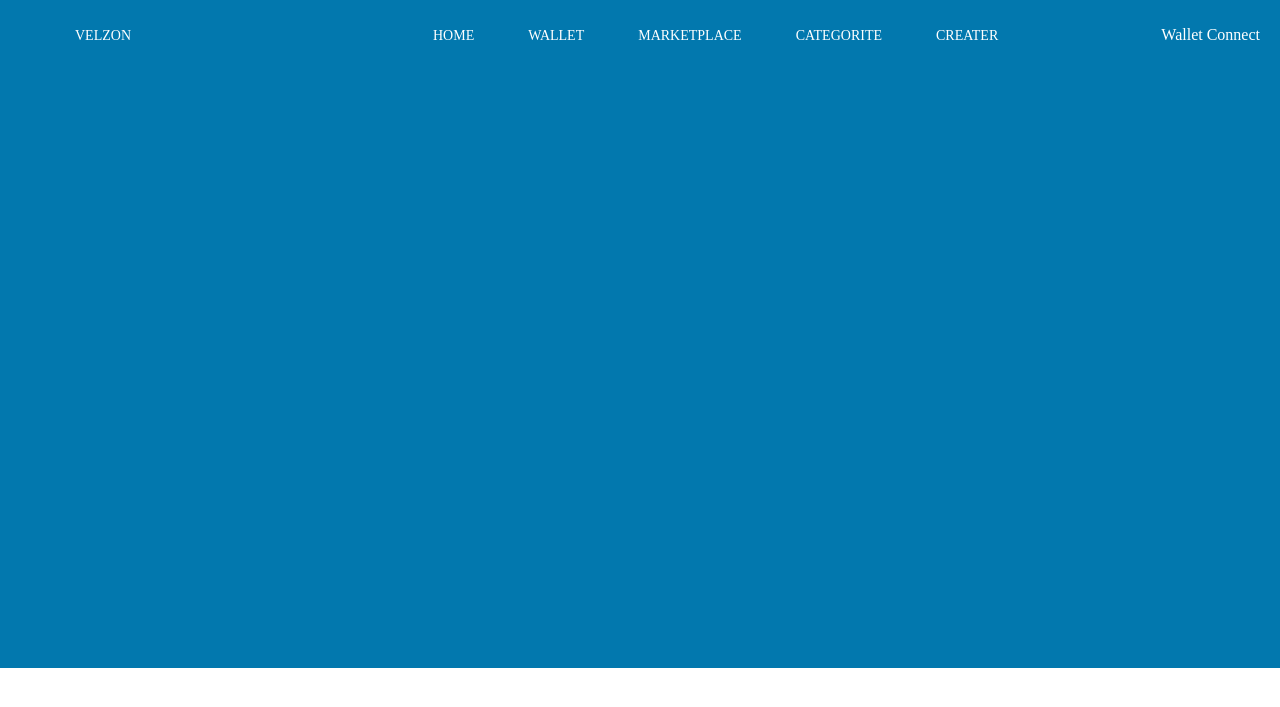
Repository: HuynhDuc23/Webvideodesgin
Page: index.html
The author's editor kept a copy of each file at every save. The page is drawn from the files as they stood at one save, then again after the next save.
The browser window is 1280 px wide. The pictures show the whole page.
The style sheet was rebuilt from its Sass, Less or Tailwind sources for each picture, by a compiler version that may differ from the author's.

Above is the page before, as saved 2023-04-25 11:25:27.

### index.html
<!DOCTYPE html>
<html lang="en">
<head>
    <meta charset="UTF-8">
    <meta http-equiv="X-UA-Compatible" content="IE=edge">
    <meta name="viewport" content="width=device-width, initial-scale=1.0">
    <link rel="stylesheet" href="https://cdnjs.cloudflare.com/ajax/libs/font-awesome/6.4.0/css/all.min.css" integrity="sha512-iecdLmaskl7CVkqkXNQ/ZH/XLlvWZOJyj7Yy7tcenmpD1ypASozpmT/E0iPtmFIB46ZmdtAc9eNBvH0H/ZpiBw==" crossorigin="anonymous" referrerpolicy="no-referrer" />
    <link rel="stylesheet" href="./reset.css">
    <link rel="stylesheet" href="style.css">
    <title>LoadingPage</title>
</head>
<body>
    <div class="loadingpage">
     <div class="loadingpage__heading">
        <div class="loadingpage__header">
            <div class="loadingpage__left"><h4 class="loadingpage__content">VELZON</h4></div>
            <div class="loaddingpage__right">
                <ul class="loadingpage__list">
                    <li class="loadingpage__items"><h5 class="loadingpage__padding">Home</h5></li>
                    <li class="loadingpage__items"><h5 class="loadingpage__padding">Wallet</h5></li>
                    <li class="loadingpage__items"><h5 class="loadingpage__padding">MarketPlace</h5></li>
                    <li class="loadingpage__items"><h5 class="loadingpage__padding">categorite</h5></li>
                    <li class="loadingpage__items"><h5 class="loadingpage__padding">Creater</h5></li>
                </ul>
            </div>
        </div>
     </div>
    </div>
</body>
</html>

### style.scss
html {
    box-sizing: border-box;
}
*{
    font-size: 16.5rem;
    font-family: 'Segoe UI', Tahoma, Geneva, Verdana, sans-serif;
}
.loadingpage {
    &__heading {
        width: 100%;
        height: 668px;
      //  background-color: #0278ae;
        background-color:rgb(2,120,174);
    }
    &__header {
        width: 100%;
        height: 70px;
        background-color: #0278ae;
        display: flex ;
        justify-content: flex-start;
        align-items: center;
        position: relative;
    }
    &__left {
        padding:  27px 75px;
        cursor: pointer;
    }
    &__content {
        color: white;
        font-weight: 500;
        font-size: 14px;
        line-height: 21px;
        text-transform: uppercase;
    }
    &__right {
        margin-left: 200px;
    }
    &__list {
        display: flex;
        align-items: center;
        padding-left: 200px;

        &:before {
            content: "Wallet Connect";
            padding: 20px ;
            top: 50%;
            right: 0;
            position: absolute;
            color: white;
            transform: translateY(-50%);
            background-color: rgb(2,120,174);
        }

    }
    &__items {
        padding: 27px;
        &:hover {
            color: #00bd9d;
            cursor: pointer;
        }
    }
    &__padding {
       color: white;
       font-weight: 500;
       font-size: 14px;
       line-height: 21px;
       text-transform: uppercase;
       &:hover {
        color: #00bd9d;
        cursor: pointer;
    }
    }

}

Loaded but not shown: reset.css (common file)

After the next save:
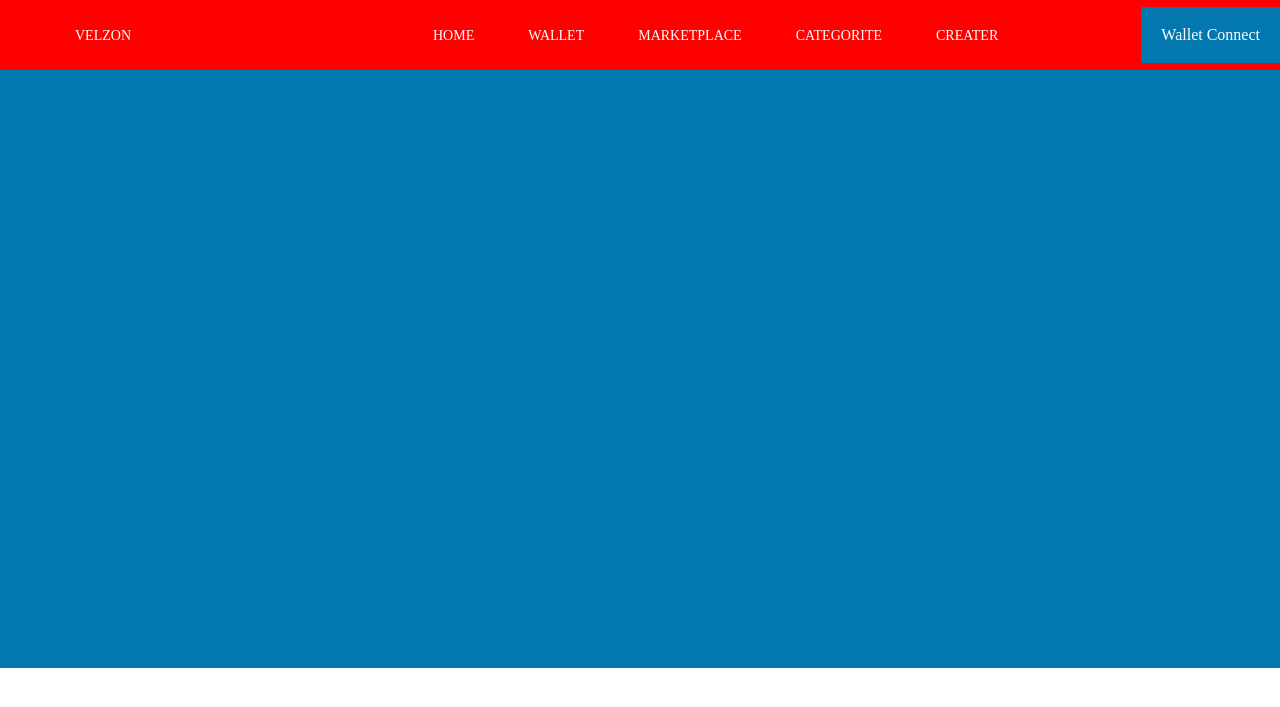
Saved 20 s later.
--- a/style.scss
+++ b/style.scss
@@ -15,7 +15,7 @@ html {
     &__header {
         width: 100%;
         height: 70px;
-        background-color: #0278ae;
+        background-color: red;
         display: flex ;
         justify-content: flex-start;
         align-items: center;
